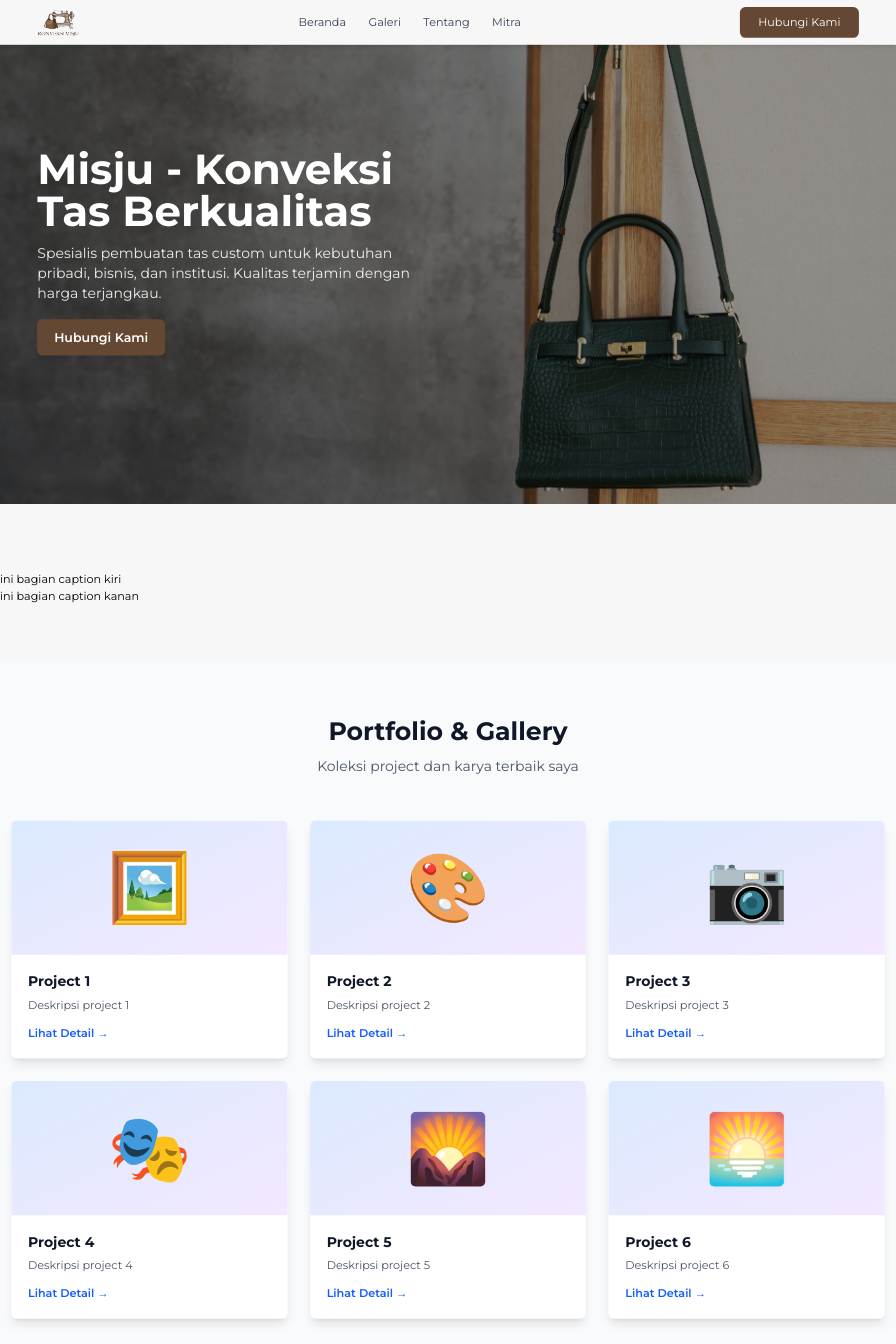
Repository: faridfirdaus-fred/konveksi_misju
Page: /
The author's editor kept a copy of each file at every save. The page is drawn from the files as they stood at one save, then again after the next save.
The browser window is 1280 px wide. The pictures show the part of the page from y = 0 to 1920 px (the page is 2945 px tall), at 70% of full size.
The project was rebuilt for these pictures with package versions that can differ from the ones it lists, and the page was loaded fresh each time. Also part of the build but not shown: vite.config.js.

Above is the page before, as saved 2026-01-09 19:11:10.

After the next save:
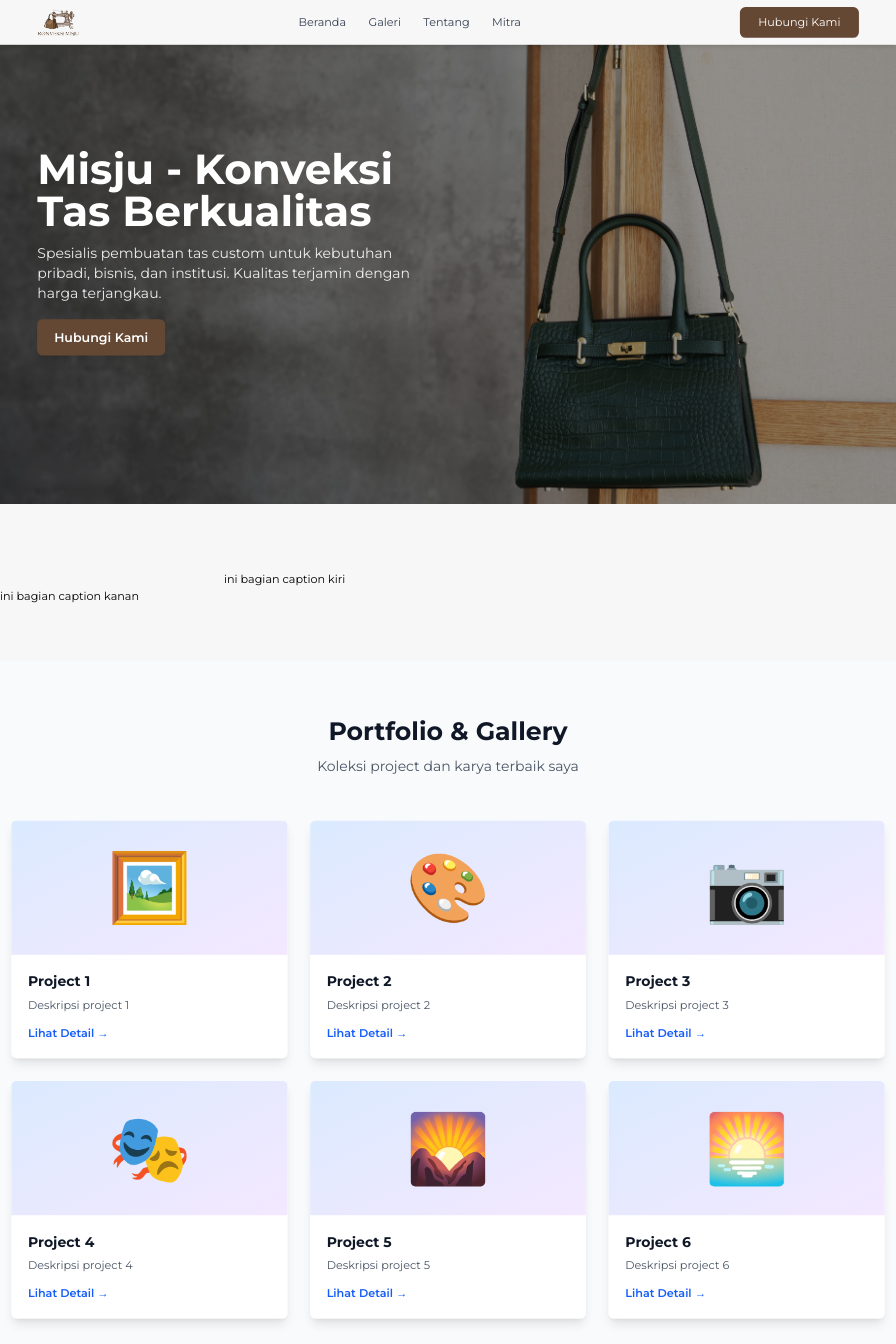
Saved 17 s later.
--- a/src/components/Hero_Bottom.jsx
+++ b/src/components/Hero_Bottom.jsx
@@ -2,7 +2,7 @@
 
   return (
     <section id="home" className="pt-24 pb-20 bg-secondary w-12/12">
-      <div className="w-6/12 ">
+      <div className="w-6/12 mx-auto">
     <p>ini bagian caption kiri</p>
       </div>
       <div className="w-6/12 ">

After the 5 saves that followed:
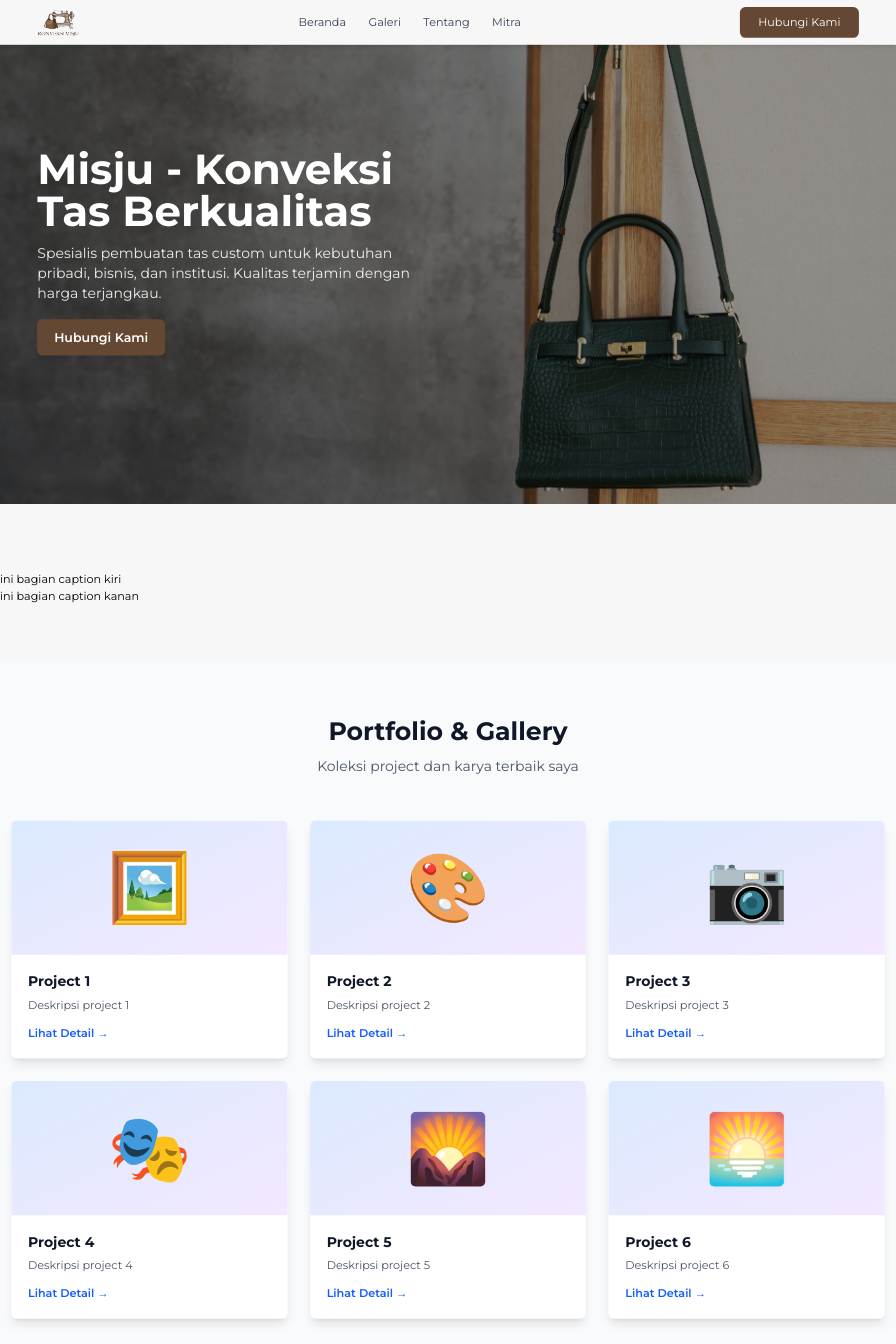
The 5 saves are shown as one change because 1 left the picture as it was and some came seconds apart.
The last was saved 22 s later.
--- a/src/components/Hero_Bottom.jsx
+++ b/src/components/Hero_Bottom.jsx
@@ -1,8 +1,8 @@
 function Hero_Bottom() {
 
   return (
-    <section id="home" className="pt-24 pb-20 bg-secondary w-12/12">
-      <div className="w-6/12 mx-auto">
+    <section id="home" className="pt-24 mx-auto pb-20 bg-secondary w-12/12">
+      <div className="w-6/12 ">
     <p>ini bagian caption kiri</p>
       </div>
       <div className="w-6/12 ">
